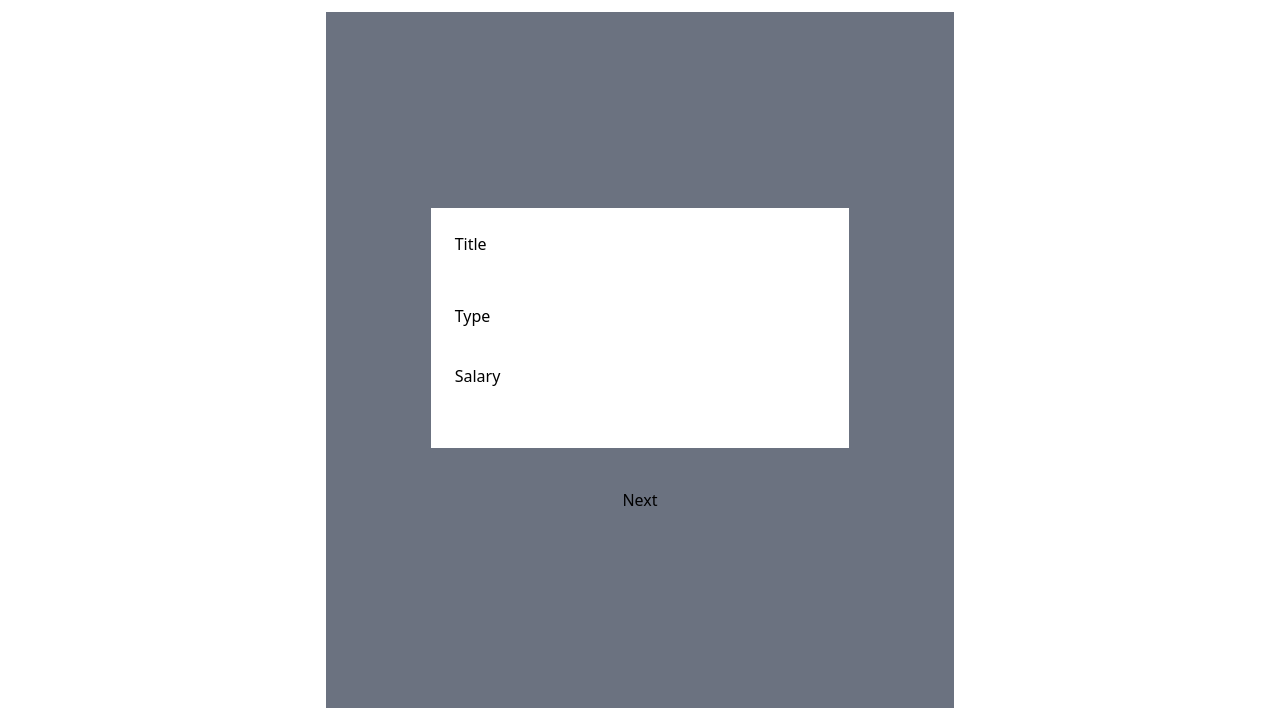
Repository: Abdibaye/Job-Sphere
Page: /form
These files come from the project's save history. The page is drawn as it stood at one moment and after the next save; the edit follows.
The browser window is 1280 px wide. The pictures show the whole page.
The project was rebuilt for these pictures with package versions that can differ from the ones it lists, and the page was loaded fresh each time. Also part of the build but not shown: vite.config.js, src/components/search.jsx, src/components/navbar.jsx, src/pages/descriptionpage.jsx, src/components/job.jsx, src/components/feed.jsx, src/components/saved.jsx, src/components/filter.jsx and 4 more.

Above is the page before, as saved 2025-02-22 22:46:36.

### index.html
<!doctype html>
<html lang="en">
  <head>
    <meta charset="UTF-8" />
    <link rel="icon" type="image/svg+xml" href="/vite.svg" />

    <link rel="preconnect" href="https://fonts.googleapis.com">
    <link rel="preconnect" href="https://fonts.gstatic.com" crossorigin>
    <link href="https://fonts.googleapis.com/css2?family=Inter:ital,opsz,wght@0,14..32,100..900;1,14..32,100..900&family=Open+Sans:ital,wght@0,300..800;1,300..800&family=Poppins:wght@100;200;300;400;600;700&display=swap" rel="stylesheet">

    <meta name="viewport" content="width=device-width, initial-scale=1.0" />
    <title>Vite + React</title>
  </head>
  <body>
    <div id="root"></div>
    <script type="module" src="/src/main.jsx"></script>
  </body>
</html>

### src/main.jsx
import { StrictMode } from 'react'
import { createRoot } from 'react-dom/client'
import './index.css'
import App from './App.jsx'
import Description from './pages/descriptionpage.jsx'
import HomePage from './pages/homepage.jsx'

createRoot(document.getElementById('root')).render(
  <StrictMode>
    <App />
  </StrictMode>,
)

### src/App.jsx
import Navbar from "./components/navbar";
import Description from "./pages/descriptionpage";
import HomePage from "./pages/homepage";
import LoginPage from "./pages/loginpage";
import SignUp from "./pages/Signup";
import { BrowserRouter, Routes, Route, Outlet } from "react-router-dom";
import Feed from "./components/feed";
import Forms from "./pages/formpage";

function App() {
  return (
    <BrowserRouter>
      <Routes>
        {/* Default route for login */}
        <Route path="/" element={<LoginPage />} />

        {/* Nested routes under Navbar */}
        <Route path="/navbar" element={<Navbar />}>
          <Route index element={<HomePage    />} /> {/* Default child route */}
          <Route path="description" element={<Description />} /> {/* Relative path */}
        </Route>

        {/* Signup route */}
        <Route path="/signup" element={<SignUp />} />


        <Route path='/form' element = {<Forms />} />
      </Routes>
    </BrowserRouter>
  );
}

export default App;

### src/pages/formpage.jsx
import { BrowserRouter, Routes, Route, Link, Outlet } from "react-router-dom";
import Form from "../components/form";



function Forms(){
    return(
        <>
        <div>
        <Form />
        <Outlet />
        </div>
        </>
    )


}



export default Forms;

### src/components/form.jsx


function Form(){
    return(
        <div className=" h-screen  flex justify-center p-3 ">
            <div className="bg-gray-500 w-1/2 flex flex-col justify-center items-center">
              <div className="bg-[#fff] w-2/3 h-fit flex flex-col justify-center p-6 ">
                <p className="mb-3">Title</p>
                <input className="mb-3" type="text" />
                <p className="mb-3">Type</p>
                <input type="text" />
                <p className="mb-3">Salary</p>
                <input type="text" />
              </div>
              <button className="mt-10">Next</button>
            </div>
        </div>
    );
}


export default Form

### tailwind.config.js
/** @type {import('tailwindcss').Config} */
export default {
  content: [
    "./index.html",
    "./src/**/*.{js,ts,jsx,tsx}",
  ],
  theme: {
    extend: {
      fontFamily: {
        'inter': ['Inter', 'sans-serif'],
      },
    },
  },
  plugins: [],
}

Loaded but not shown: src/index.css (common file)

After the next save:
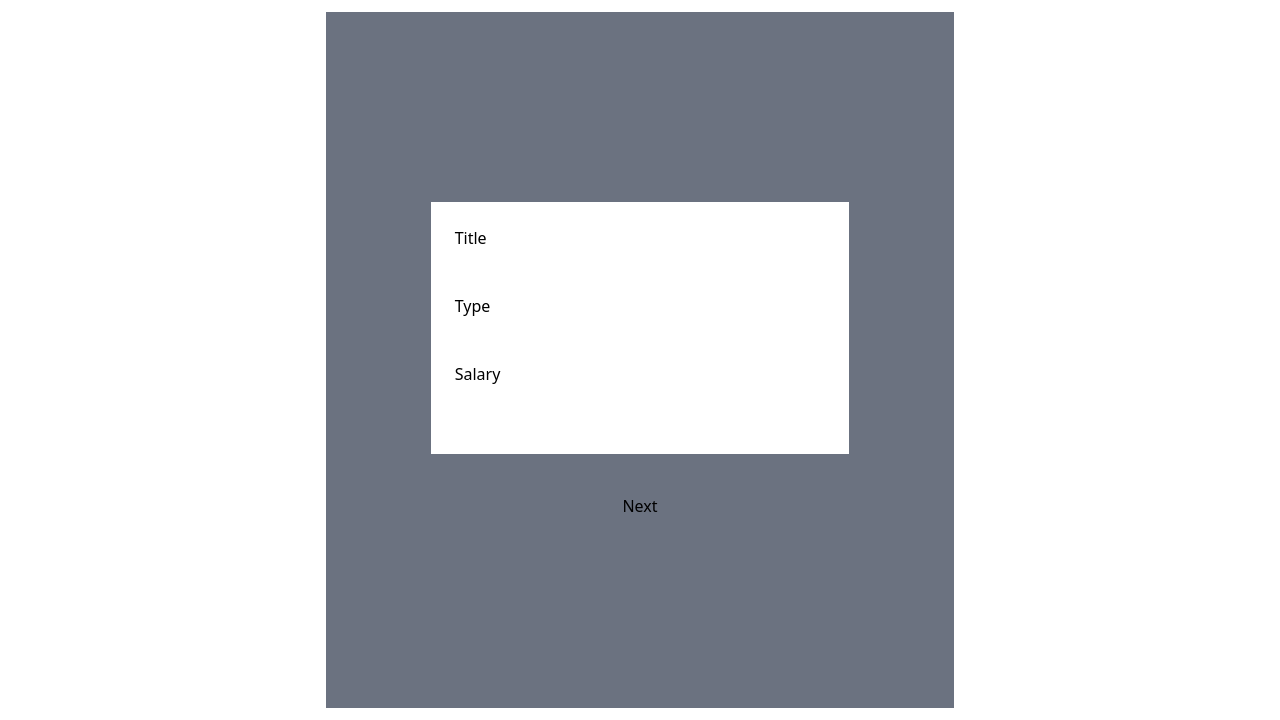
Saved 25 s later.
--- a/src/components/form.jsx
+++ b/src/components/form.jsx
@@ -6,11 +6,11 @@ function Form(){
             <div className="bg-gray-500 w-1/2 flex flex-col justify-center items-center">
               <div className="bg-[#fff] w-2/3 h-fit flex flex-col justify-center p-6 ">
                 <p className="mb-3">Title</p>
-                <input className="mb-3" type="text" />
+                <input className="mb-2" type="text" />
                 <p className="mb-3">Type</p>
-                <input type="text" />
+                <input className="mb-2" type="text" />
                 <p className="mb-3">Salary</p>
-                <input type="text" />
+                <input className="mb-2" type="text" />
               </div>
               <button className="mt-10">Next</button>
             </div>
